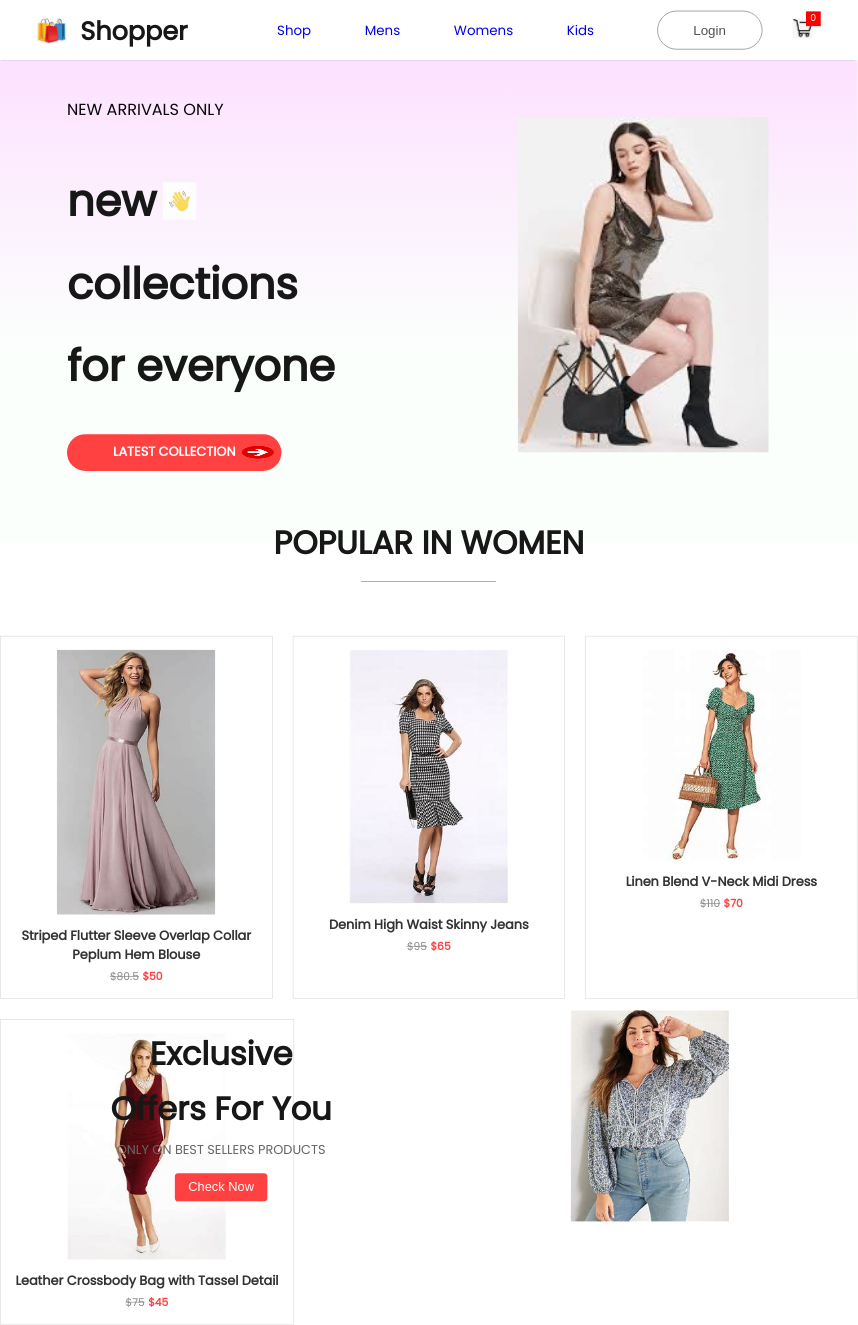
Repository: sshaiv/Shoppie_EcommerceAPP
Page: /
These files come from the project's save history. The page is drawn as it stood at one moment and after the next save; the edit follows.
The browser window is 1280 px wide. The pictures show the whole page, at 67% of full size.
The project was rebuilt for these pictures with package versions that can differ from the ones it lists, and the page was loaded fresh each time. Also part of the build but not shown: src/App.css, src/Components/Pages/ShopCategory.jsx, src/Components/Pages/Product.jsx, src/Components/Pages/Cart.jsx, src/Components/Pages/LoginSignup.jsx.

Above is the page before, as saved 2024-07-16 18:39:11.

### public/index.html
<!DOCTYPE html>
<html lang="en">
  <head>
    <meta charset="utf-8" />
    <link rel="icon" href="%PUBLIC_URL%/favicon.ico" />
    <meta name="viewport" content="width=device-width, initial-scale=1" />
    <meta name="theme-color" content="#000000" />
    <meta
      name="description"
      content="Web site created using create-react-app"
    />
    <link rel="apple-touch-icon" href="%PUBLIC_URL%/logo192.png" />
    <!--
      manifest.json provides metadata used when your web app is installed on a
      user's mobile device or desktop. See https://developers.google.com/web/fundamentals/web-app-manifest/
    -->
    <link rel="manifest" href="%PUBLIC_URL%/manifest.json" />
    <!--
      Notice the use of %PUBLIC_URL% in the tags above.
      It will be replaced with the URL of the `public` folder during the build.
      Only files inside the `public` folder can be referenced from the HTML.

      Unlike "/favicon.ico" or "favicon.ico", "%PUBLIC_URL%/favicon.ico" will
      work correctly both with client-side routing and a non-root public URL.
      Learn how to configure a non-root public URL by running `npm run build`.
    -->
    <link rel="preconnect" href="https://fonts.googleapis.com">
    <link rel="preconnect" href="https://fonts.gstatic.com" crossorigin>
    <link href="https://fonts.googleapis.com/css2?family=Poppins&display=swap" rel="stylesheet">
    <title>E-Commerce</title>
  </head>
  <body>
    <noscript>You need to enable JavaScript to run this app.</noscript>
    <div id="root"></div>
    <!--
      This HTML file is a template.
      If you open it directly in the browser, you will see an empty page.

      You can add webfonts, meta tags, or analytics to this file.
      The build step will place the bundled scripts into the <body> tag.

      To begin the development, run `npm start` or `yarn start`.
      To create a production bundle, use `npm run build` or `yarn build`.
    -->
  </body>
</html>

### src/index.css
*{
  margin: 0;
}

body {
  margin: 0;
  font-family: -apple-system, BlinkMacSystemFont, 'Segoe UI', 'Roboto', 'Oxygen',
    'Ubuntu', 'Cantarell', 'Fira Sans', 'Droid Sans', 'Helvetica Neue',
    sans-serif;
  -webkit-font-smoothing: antialiased;
  -moz-osx-font-smoothing: grayscale;

 font-family:'Poppins';

}

code {
  font-family: source-code-pro, Menlo, Monaco, Consolas, 'Courier New',
    monospace;
}

### src/App.js
import React from 'react';
import './App.css';
import Navbar from './Components/Navbar/Navbar';
import { BrowserRouter, Routes, Route } from 'react-router-dom';
import ShopCategory from './Components/Pages/ShopCategory';
import Product from './Components/Pages/Product';
import Cart from './Components/Pages/Cart';
import LoginSignup from './Components/Pages/LoginSignup';
import Shop from './Components/Pages/Shop';

const App = () => {
  return (
    <div>
      <BrowserRouter>
        <Navbar />
        <Routes>
          <Route path='/' element={<Shop />} />
          <Route path='/mens' element={<ShopCategory category='mens' />} />
          <Route path='/womens' element={<ShopCategory category='women' />} />
          <Route path='/kids' element={<ShopCategory category='kids' />} />
          <Route path='/product' element={<Product />} />
          <Route path='/product/:productID' element={<Product />} />
          <Route path='/cart' element={<Cart />} />
          <Route path='/login' element={<LoginSignup />} />
        </Routes>
      </BrowserRouter>
    </div>
  );
}

export default App;

### src/Components/Navbar/Navbar.jsx
import React, { useState } from 'react'
import './Navbar.css'
import logo from '../Assets/logo.png'
import cart_icon from '../Assets/cart_icon.png'
import { Link } from 'react-router-dom'

const Navbar = () => {
const [menu,setMenu]=useState("shop");

  return (
    <div>
      <div className='navbar'>
        <div className='nav-logo'>
          <img src={logo} alt="Logo" />
          <p>Shopper</p>
        </div>
        <ul className='nav-menu'>
            <li onClick={()=>{setMenu("shop")}}><Link style={{textDecoration:'none'}} to='/'>Shop </Link>{menu==="shop"? <hr/> :<></>}   </li>
            <li onClick={()=>{setMenu("mens")}}><Link style={{textDecoration:'none'}}  to='/mens'>Mens</Link> {menu==="shop"? <hr/> :<></>} </li>
            <li onClick={()=>{setMenu("womens")}}><Link style={{textDecoration:'none'}}  to='/womens'>Womens </Link> {menu==="shop"? <hr/> :<></>} </li>
            <li onClick={()=>{setMenu("kids")}}><Link style={{textDecoration:'none'}}  to='/kids'>Kids</Link> {menu==="shop"? <hr/> :<></>} </li>
        </ul>

        <div className="nav-login-cart">
          <Link to='/login'>  <button>Login</button></Link>
       <Link to='/cart'>   <img src={cart_icon} alt="" /></Link>
      <div className="nav-cart-count">0</div>
        </div>
      </div>
    </div>
  )
}

export default Navbar

### src/Components/Pages/Shop.jsx
import React from 'react';
import Hero from '../Hero/Hero';
import Popular from '../Popular/Popular';
import Offers from '../Offers/Offers';


const Shop = () => {
  return (
    <div>
      <Hero/>
      <Popular/>
      <Offers/>
    </div>
  );
}

export default Shop;

### src/Components/Navbar/Navbar.css
.navbar{
    display: flex;
    justify-content: space-around;
    padding: 16px;
    box-shadow:0 1px 3px -2px black ;

}
.nav-logo{
    display:flex;
    align-items: center;
    gap: 10px;
}

.nav-logo p{
    color: #171717;
    font-size: 38px;
    font-weight: 600;
}
.nav-menu{
    display:flex;
    align-items:center;
    list-style: none;
    gap: 50px;
    color:#626262;
    font-size: 20px;
    font-weight: 500;

}


  .nav-logo img {
    height: 40px;
    margin-right: 10px;
  }



  .nav-menu li {
    margin: 0 15px;
    position: relative;
    cursor: pointer;
  }

  .nav-menu li:hover hr {
    display: block;
  }

  .nav-menu hr {
    display: none;
    width: 80%;
    height: 3px;
    border-radius: 10px;
    background-color:red;

  }

  .nav-login-cart {
    display: flex;
    align-items: center;
    gap: 45px;
  }

  .nav-login-cart button {
    width: 157px;
    height: 58px;
    outline: none;
    border: 1px solid #7a7a7a;
    border-radius: 75px;
    color:#515151;
    font-size: 20px;
    font-weight: 500;
    background: white;
    cursor: pointer;
  }

  .nav-login-cart button:active{
    background:#f3f3f3;
  }
  .nav-login-cart img {
    height: 30px;
    cursor: pointer;
  }
  .nav-cart-count{
    width: 22px;
    height: 22px;
    display: flex;
    justify-content: center;
    align-items:center;
    margin-top: -35px;
    margin-left: -55px;
    border: radius 11px;
    font-size: 14px;
    background-color:red;
    color:white;
  }

  @media (max-width: 768px) {
    .navbar {
      flex-direction: column;
      align-items: center;
    }

    .nav-logo p {
      font-size: 20px;
    }

    .nav-menu {
      flex-direction: column;
      align-items: center;
      gap: 10px;
    }

    .nav-menu li {
      margin: 10px 0;
    }

    .nav-login-cart {
      flex-direction: column;
      align-items: center;
      gap: 10px;
    }
  }

### src/Components/Hero/Hero.jsx
import React from "react";
import "./Hero.css";
import hand_icon from "../Assets/hand_icon.png";
import arrow_icon from "../Assets/arrow_icon.png";
import hero_imae from '../Assets/hero_imae.png';

const Hero = () => {
  return (
    <div className="hero">
      <div className="hero-left">
        <h2>NEW ARRIVALS ONLY</h2>
        <div className="hero-hand-icon">
          <p>new</p>
          <img src={hand_icon} alt="hand icon" />
        </div>
        <p>collections</p>
        <p>for everyone</p>
        <div className="hero-latest-btn">
          <div>Latest Collection</div>
          <img src={arrow_icon} alt="arrow icon" />
        </div>
      </div>
      <div className="hero-right">
        <img src={hero_imae} alt="hero" />
      </div>
    </div>
  );
};

export default Hero;

### src/Components/Popular/Popular.jsx
import React from 'react';
import './Popular.css';
import data_product from '../Assets/data';
// import Item from '../Item/Item';

const Popular = () => {
  return (
    <div className='popular'>
      <h1>POPULAR IN WOMEN</h1>
      <hr />
      <div className="popular-item">
        {data_product.map((item, i) => (
          <div className="item" key={i}>
            <img src={item.image} alt={item.name} />
            <div className="name">{item.name}</div>
            <div className="price">
              <span className="old-price">${item.old_price}</span>
              <span className="new-price">${item.new_price}</span>
            </div>
          </div>
        ))}
      </div>
    </div>
  );
}

export default Popular;

### src/Components/Offers/Offers.jsx
import React from 'react'
import './Offers.css'
import exclusive_image from '../Assets/exclusive_image.png'

const Offers = () => {
  return (
    <div className='offers'>
      <div className="offers-left">
        <h1>Exclusive</h1>
        <h1>Offers For You</h1>
        <p>ONLY ON BEST SELLERS PRODUCTS </p>
        <button>Check Now</button>
      </div>
      <div className="offers-right">
        <img src={exclusive_image} alt="" />
      </div>
    </div>
  )
}

export default Offers

### src/Components/Hero/Hero.css
.hero {
    height: 100vh;
    background: linear-gradient(180deg, #fde1ff, #e1ffea22 60%);
    display: flex;
    justify-content: space-between;
    align-items: center;
    padding: 0 50px;
    box-sizing: border-box;
  }

  .hero-left {
    flex: 1;
    display: flex;
    flex-direction: column;
    justify-content: center;
    gap: 20px;
    padding-left: 50px;
    line-height: 1.3;
  }

  .hero-left h2 {
    color: #090909;
    font-size: 1.5rem;
    font-weight: 500;
    position: relative;
    bottom: 50px;
  }

  .hero-left p {
    color: #171717;
    font-size: 4rem;
    font-weight: 700;
    margin: 10px 0;
  }

  .hero-hand-icon {
    display: flex;
    align-items: center;
    gap: 10px;
    font-size: 1.5rem;
    font-weight: 500;
    color: #ff4141;
  }

  .hero-hand-icon img {
    width: 50px;
  }
  .hero-latest-btn {
    width: 260px;
    display: flex;
    justify-content: center;
    align-items: center;
    gap: 10px;
    padding: 15px 30px;
    border-radius: 50px;
    margin-top: 30px;
    background: #ff4141;
    color: white;
    font-size: 1.2rem;
    font-weight: 600;
    text-transform: uppercase;
    transition: background 0.3s ease, transform 0.3s ease;
    cursor: pointer;
    position: relative;
    /* Add position relative to the parent */
  }

  .hero-latest-btn img {
    height: 20px;
    width: 50px;
    position: absolute; /* Position the image absolutely */
    right: 10px; /* Adjust right position as needed */
  }

  .hero-latest-btn:hover {
    background: #e63939;
    transform: scale(1.05);
  }


  .hero-right {
    flex: 1;
    display: flex;
    justify-content: center;
    align-items: center;
    padding-right: 50px;
  }

  .hero-right img {
    max-width: 100%;
    height: 500px;
   position: relative;
   left: 50px;
   bottom: 25px;

  }

### src/Components/Popular/Popular.css
.popular {
    height: 90vh;
    display: flex;
    flex-direction: column;
    align-items: center;
    gap: 10px;
    position: relative;
    bottom: 35px;
  }

  .popular h1 {
    font-size: 3rem; /* Adjusted font size */
    font-weight: 600;
    color: #171717;
    margin-bottom: 10px; /* Added margin for spacing */
  }

  .popular hr {
    width: 200px;
    height: 6px;
    border-radius: 10px;
    background: #252525;
    margin-bottom: 20px; /* Added margin for spacing */
  }

  .popular-item {
    margin-top: 50px;
    display: flex;
    flex-wrap: wrap; /* Allow items to wrap onto new lines */
    justify-content: space-between; /* Distribute items with space between */
    gap: 30px; /* Increased gap between items */
  }

  .popular-item .item {
    border: 1px solid #ddd; /* Example border style for items */
    padding: 20px; /* Example padding for items */
    flex: 1 1 300px; /* Flex basis to control item width */
    max-width: calc(33.33% - 30px); /* Adjust for three items per row */
    text-align: center;
  }

  .popular-item .item img {
    max-width: 100%;
    height: auto;
    margin-bottom: 10px; /* Space below image */
  }

  .popular-item .item .name {
    font-size: 1.2rem; /* Adjusted font size for item name */
    font-weight: bold;
    color: #333;
    margin-bottom: 5px; /* Space below name */
  }

  .popular-item .item .price {
    font-size: 1rem; /* Adjusted font size for prices */
    color: #888;
  }

  .popular-item .item .old-price {
    text-decoration: line-through; /* Strikethrough for old price */
    margin-right: 5px; /* Space between old and new price */
  }

  .popular-item .item .new-price {
    font-weight: bold;
    color: #ff4141;
  }

  @media (max-width: 768px) {
    .popular h1 {
      font-size: 2rem; /* Adjusted font size for smaller screens */
    }

    .popular-item .item {
      max-width: calc(50% - 20px); /* Adjust for two items per row */
    }
  }

### src/Components/Assets/data.js
import p1_img from './product1.png'
import p2_img from './product2.png'
import p3_img from './product3.png'
import p4_img from './product4.png'


let data_product = [
    {
      id: 1,
      name: "Striped Flutter Sleeve Overlap Collar Peplum Hem Blouse",
      image: p1_img,
      new_price: 50.00,
      old_price: 80.50,
    },
    {
      id: 2,
      name: "Denim High Waist Skinny Jeans",
      image: p2_img,
      new_price: 65.00,
      old_price: 95.00,
    },
    {
      id: 3,
      name: "Linen Blend V-Neck Midi Dress",
      image: p3_img,
      new_price: 70.00,
      old_price: 110.00,
    },
    {
      id: 4,
      name: "Leather Crossbody Bag with Tassel Detail",
      image: p4_img,
      new_price: 45.00,
      old_price: 75.00,
    },
  ];


export default data_product;

### src/Components/Offers/Offers.css
.offers {
    display: flex;
    justify-content: space-around;
    align-items: center;
    margin: 50px 0;
    position: relative;
    top: ;
  }

  .offers-left {
    flex: 1;
    padding: 0 20px;
    text-align: center;
  }

  .offers-left h1 {
    font-size: 3rem;
    font-weight: bold;
    color: #171717;
    margin-bottom: 10px;
  }

  .offers-left p {
    color: #666;
    font-size: 1.2rem;
    margin-bottom: 20px;
  }

  .offers-left button {
    padding: 10px 20px;
    background-color: #ff4141;
    color: white;
    border: none;
    border-radius: 5px;
    font-size: 1.2rem;
    cursor: pointer;
    transition: background-color 0.3s ease;
  }

  .offers-left button:hover {
    background-color: #e63939;
  }

  .offers-right {
    flex: 1;
    display: flex;
    justify-content: center;
  }

  .offers-right img {
    max-width: 100%;
    height: auto;
  }

Loaded but not shown: src/index.js (common file); src/reportWebVitals.js (common file)

After the next save:
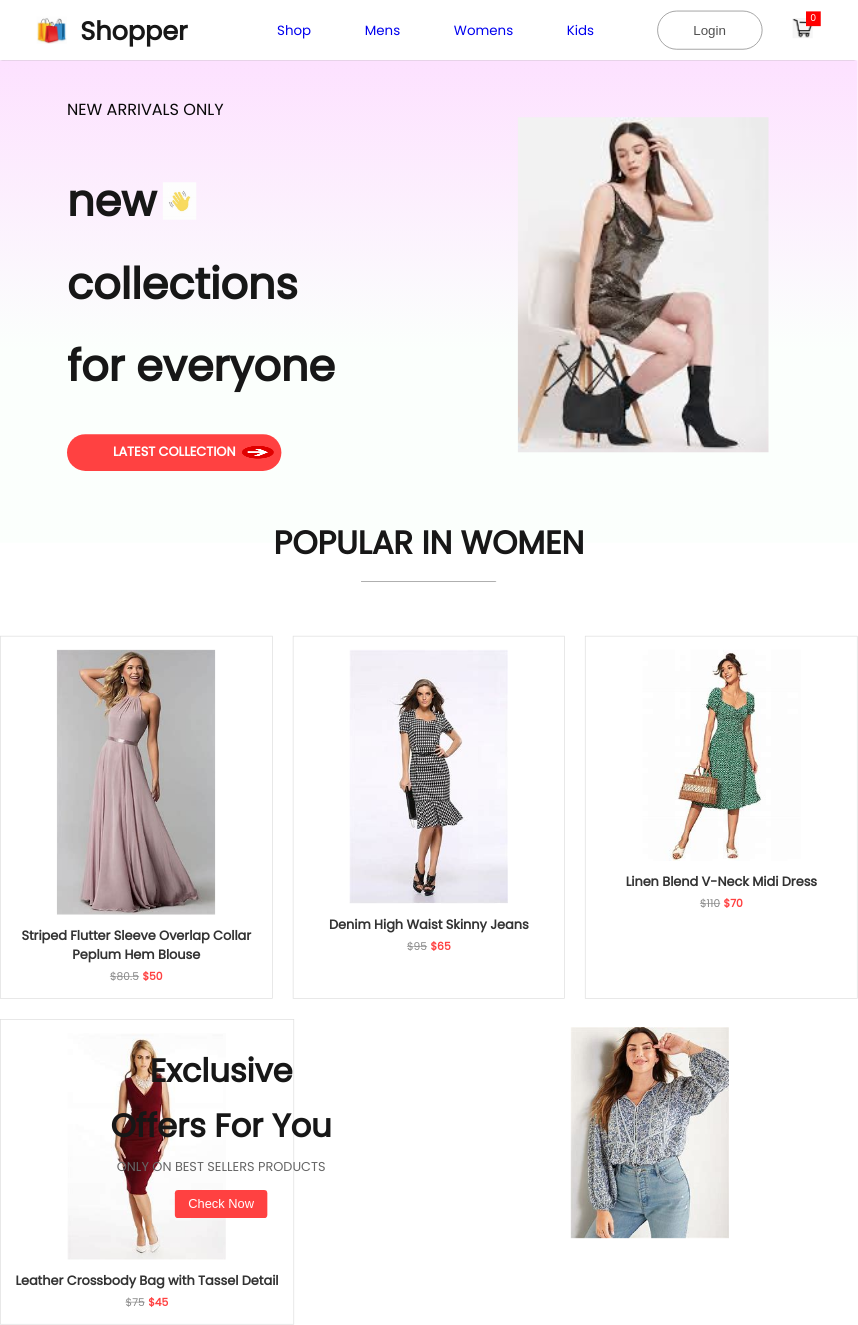
Saved 4 s later.
--- a/src/Components/Offers/Offers.css
+++ b/src/Components/Offers/Offers.css
@@ -4,7 +4,7 @@
     align-items: center;
     margin: 50px 0;
     position: relative;
-    top: ;
+    top: 25px;
   }
 
   .offers-left {
